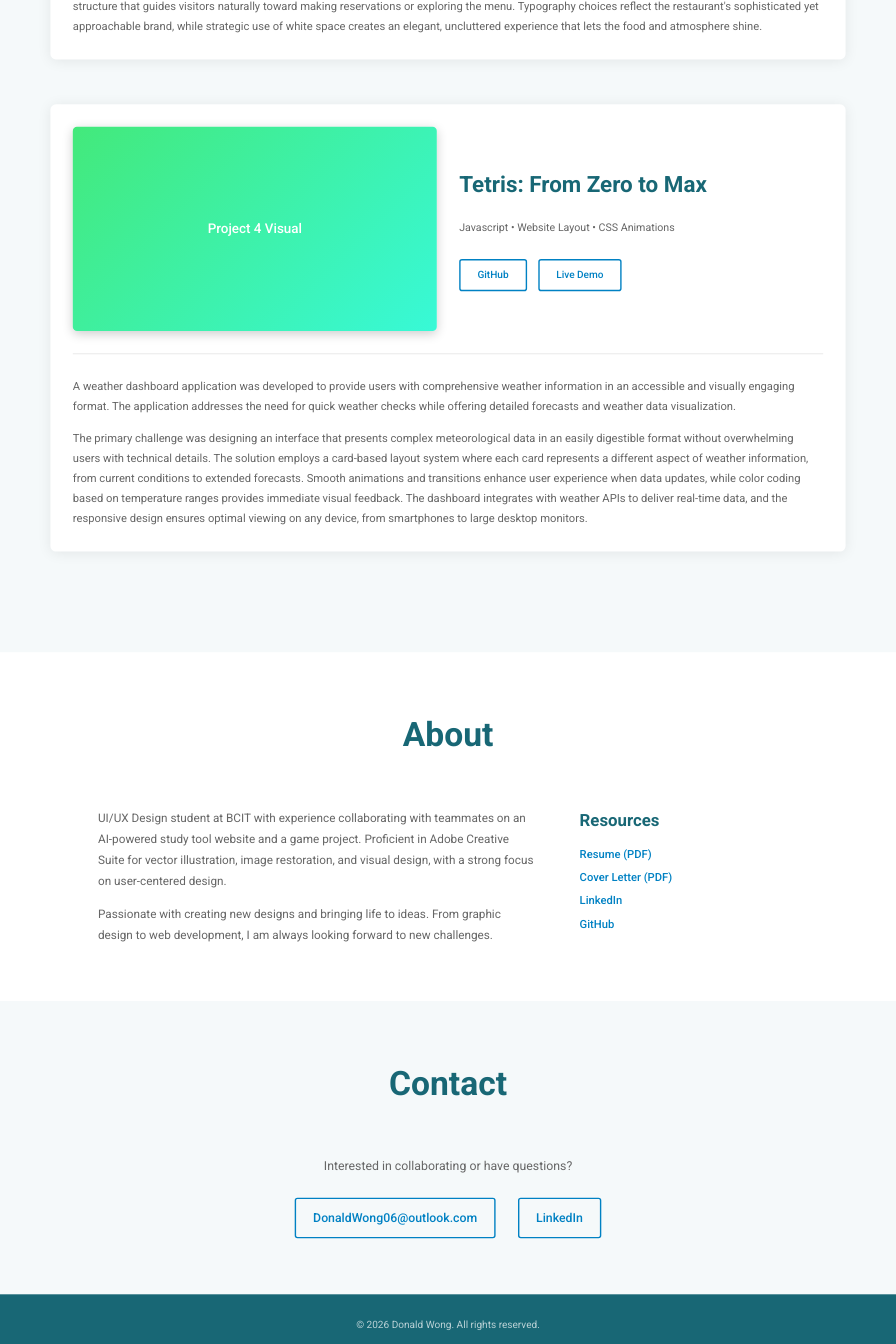
Repository: DonaldCWong/portfolio
Page: index.html
An editor plug-in stored every save of this project. The page is shown before and after the next save, followed by the edit.
The browser window is 1280 px wide. The pictures show the part of the page from y = 2930 to 4850 px (the page is 4866 px tall before and 4808 px after), at 70% of full size.

Above is the page before, as saved 2026-01-12 12:43:11.

After the next save:
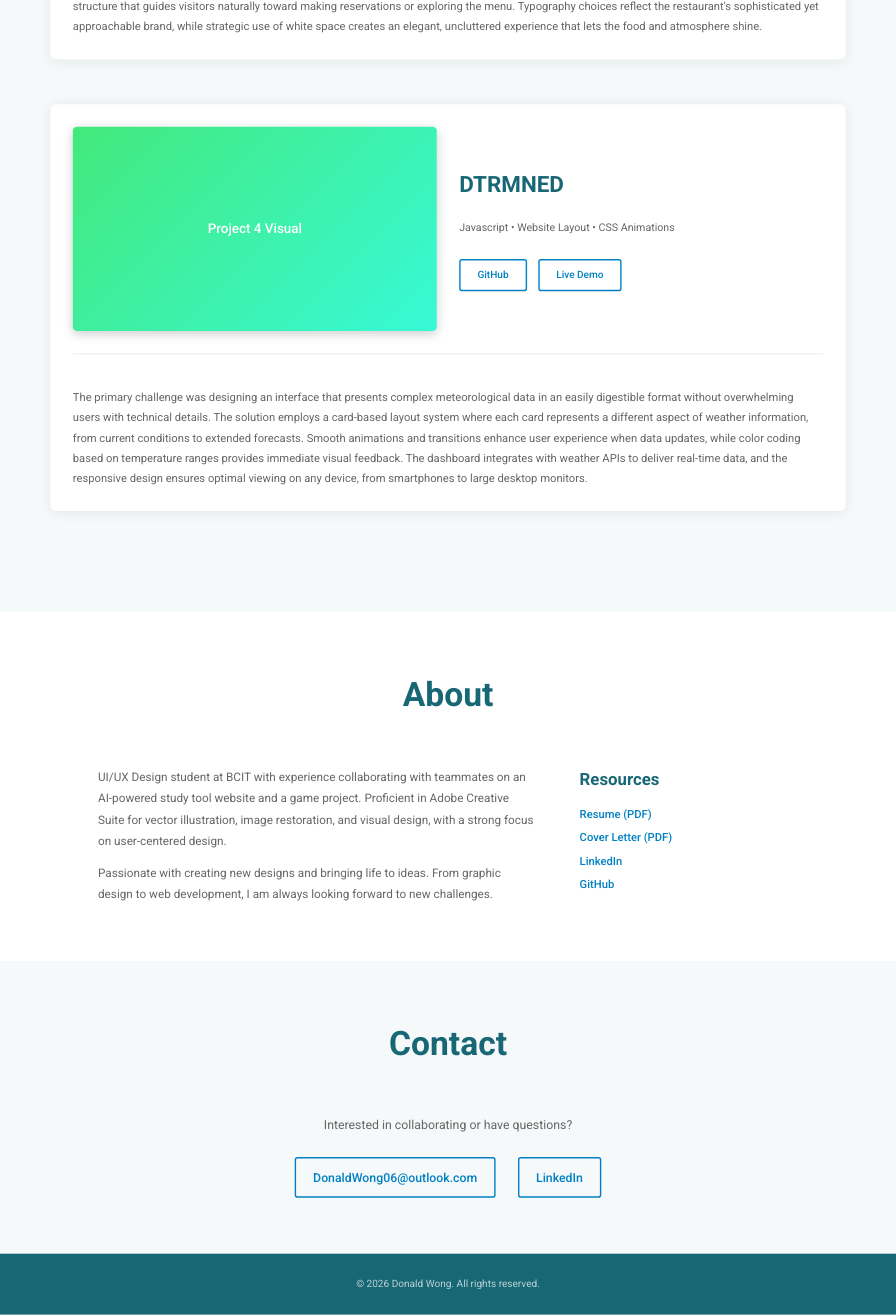
Saved 48 min 52 s later.
--- a/index.html
+++ b/index.html
@@ -125,17 +125,17 @@
                         </div>
                     </div>
                     <div class="project-info">
-                        <h3 class="project-title">Tetris: From Zero to Max</h3>
+                        <h3 class="project-title">DTRMNED</h3>
                         <p class="project-tags">Javascript • Website Layout • CSS Animations</p>
                         <div class="project-links">
-                            <a href="https://github.com/DonaldCWong/courseprojectdesign" target="_blank" rel="noopener noreferrer" class="project-link">GitHub</a>
-                            <a href="https://courseprojectdesign.vercel.app/" target="_blank" rel="noopener noreferrer" class="project-link">Live Demo</a>
+                            <a href="https://github.com/monavi77/dtrmnd2webdev" target="_blank" rel="noopener noreferrer" class="project-link">GitHub</a>
+                            <a href="https://dtrmnd2webdev.vercel.app" target="_blank" rel="noopener noreferrer" class="project-link">Live Demo</a>
                         </div>
                     </div>
                 </div>
                 <div class="project-rationale">
                     <p>
-                        A weather dashboard application was developed to provide users with comprehensive weather information in an accessible and visually engaging format. The application addresses the need for quick weather checks while offering detailed forecasts and weather data visualization.
+
                     </p>
                     <p>
                         The primary challenge was designing an interface that presents complex meteorological data in an easily digestible format without overwhelming users with technical details. The solution employs a card-based layout system where each card represents a different aspect of weather information, from current conditions to extended forecasts. Smooth animations and transitions enhance user experience when data updates, while color coding based on temperature ranges provides immediate visual feedback. The dashboard integrates with weather APIs to deliver real-time data, and the responsive design ensures optimal viewing on any device, from smartphones to large desktop monitors.
